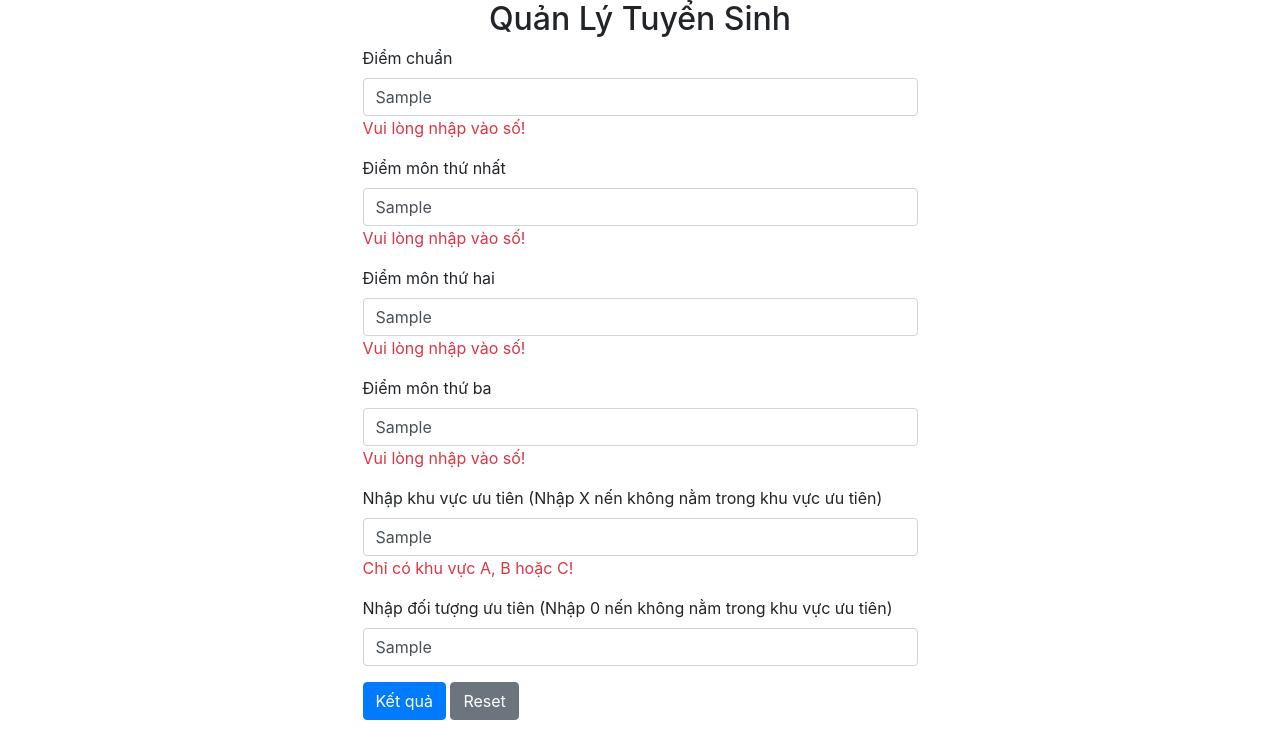
Repository: dovanthao2404/BC14_BaiTap_JS_Buoi_5_dovanthao
Page: html/bai1.html
These files come from the project's save history. The page is drawn as it stood at one moment and after the next save; the edit follows.
The browser window is 1280 px wide. The pictures show the whole page.
Empty fields were first filled with sample values (such as "Sample", 5 or name@example.com).
After loading, the first visible `#btnResult` was clicked once.

Above is the page before, as saved 2021-07-07 01:01:37.
Console error: ReferenceError: checkIsNumber is not defined

### html/bai1.html
<!DOCTYPE html>
<html lang="en">

<head>
  <meta charset="UTF-8">
  <meta http-equiv="X-UA-Compatible" content="IE=edge">
  <meta name="viewport" content="width=device-width, initial-scale=1.0">
  <title>Document</title>

  <link rel="stylesheet" href="https://cdn.jsdelivr.net/npm/bootstrap@4.6.0/dist/css/bootstrap.min.css"
    integrity="sha384-B0vP5xmATw1+K9KRQjQERJvTumQW0nPEzvF6L/Z6nronJ3oUOFUFpCjEUQouq2+l" crossorigin="anonymous">
</head>

<body>

  <div class="container">
    <div class="admissions-manager">
      <form class="w-50 mx-auto">
        <h2 class="text-center">Quản Lý Tuyển Sinh</h2>
        <div class="form-group">
          <label for="benchmark">Điểm chuẩn</label>
          <input class="form-control" type="text" placeholder="Điểm chuẩn*" id="benchmark">
          <span id="notificationBenchmark" class="text-danger"></span>
        </div>
        <div class="form-group">
          <label for="scores-1">Điểm môn thứ nhất</label>
          <input class="form-control" type="text" placeholder="Môn thứ nhất*" id="scores-1">
          <span id="notificationScores-1" class="text-danger"></span>
        </div>
        <div class="form-group">
          <label for="scores-2">Điểm môn thứ hai</label>
          <input class="form-control" type="text" placeholder="Môn thứ hai *" id="scores-2">
          <span id="notificationScores-2" class="text-danger"></span>
        </div>
        <div class="form-group">
          <label for="scores-3">Điểm môn thứ ba</label>
          <input class="form-control" type="text" placeholder="Môn thứ ba *" id="scores-3">
          <span id="notificationScores-3" class="text-danger"></span>
        </div>
        <div class="form-group">

        </div>
        <div class="form-group">
          <label for="areaScores">Nhập khu vực ưu tiên (Nhập X nến không nằm trong khu vực ưu tiên)</label>
          <input type="text" id="areaScores" class="form-control" placeholder="Khu vực ưu tiên*">
          <span id="notificationArea" class="text-danger"></span>
        </div>
        <div class="form-group">
          <label for="objectScores">Nhập đối tượng ưu tiên (Nhập 0 nến không nằm trong khu vực ưu tiên)</label>
          <input type="text" id="objectScores" class="form-control" placeholder="Đối tượng ưu tiên*">
          <span id="notificationObject" class="text-danger"></span>
        </div>
        <button id="btnResult" type="button" class="btn btn-primary">Kết quả</button>
        <button class="btn btn-secondary" id="btnReset" type="reset">Reset</button>
      </form>
      <div class="mt-3 w-50 mx-auto">
        <b id="showResult"></b>
      </div>
    </div>
  </div>

  <script src="../js/bai1.js"></script>
</body>

</html>

### js/bai1.js
// Hằng số global
const AREA_A = 2;
const AREA_B = 1;
const AREA_C = 0.5;

const OBJECT_1 = 2.5;
const OBJECT_2 = 1.5;
const OBJECT_3 = 1;

// return document.getElêmntById();
function getEle(idEle) {
  return document.getElementById(idEle);
}

// Các thông báo
var notifications = [
  "Vui lòng nhập điểm thứ nhất!",
  "Vui lòng nhập điểm thứ hai!",
  "Vui lòng nhập điểm thức ba!",
  "Vui lòng nhập khu vực ưu tiên!",
  "Vui lòng nhập đối tượng ưu tiên!",
  "Vui lòng nhập giá trị từ 0 - 10!",
  "Chỉ có khu vực A, B hoặc C!",
  "Chỉ có đối tượng 1, 2 hoặc 3!",
  "Vui lòng nhập vào số!",
  "Vui lòng nhập vào ký tự!",
  "Bạn đã rớt",
  "Bạn trúng tuyển",
  "Vui lòng nhập điểm chuẩn!",
  "Điểm chuẩn từ 1 trở lên!",
]

// Kiểm tra người dùng có nhập không
function checkEntry(idCheck, idNotification, indexNotification) {
  var contentCheck = getEle(idCheck).value;
  var notification = getEle(idNotification);
  if (contentCheck === '') {
    notification.innerHTML = notifications[indexNotification];
    return false;
  } else {
    notification.innerHTML = '';
    return true;
  }
}

// Kiểm tra có nhập đúng khu vực ưu tiên không
function checkAreaScores(idCheck, idNotification, indexNotification) {
  var contentArea = getEle(idCheck).value;
  var notification = getEle(idNotification);
  if (contentArea.toUpperCase() === 'X' ||
    contentArea.toUpperCase() === 'A' ||
    contentArea.toUpperCase() === 'B' ||
    contentArea.toUpperCase() === 'C') {
    return true;
  } else {
    notification.innerHTML = notifications[indexNotification];
    return false;
  }
}

// Kiểm tra có phải là số không
function isNumber(idCheck, idNotification, indexNotification) {
  var number = +getEle(idCheck).value;
  var notification = getEle(idNotification);
  if (isNaN(number)) {
    notification.innerHTML = notifications[indexNotification];
    return false;
  }
  notification.innerHTML = '';
  return true;
}

// Kiểm tra giá giá trị của điểm
function checkValueScores(idCheck, idNotification, indexNotification, min, max) {
  var number = +getEle(idCheck).value;
  var notification = getEle(idNotification);
  if (number < min || number > max) {
    notification.innerHTML = notifications[indexNotification];
    return false;
  }
  notification.innerHTML = '';
  return true;
}


// Kiểm tra hợp lệ
function checkValid() {
  var check = checkEntry("benchmark", "notificationBenchmark", 12) &&
    isNumber("benchmark", "notificationBenchmark", 8) &&
    checkValueScores("benchmark", "notificationBenchmark", 13, 1, 30);

  var check1 = checkEntry("scores-1", "notificationScores-1", 0) &&
    isNumber("scores-1", "notificationScores-1", 8) &&
    checkValueScores("scores-1", "notificationScores-1", 5, 0, 10);

  var check2 = checkEntry("scores-2", "notificationScores-2", 1) &&
    isNumber("scores-2", "notificationScores-2", 8) &&
    checkValueScores("scores-2", "notificationScores-2", 5, 0, 10);

  var check3 = checkEntry("scores-3", "notificationScores-3", 2) &&
    isNumber("scores-3", "notificationScores-3", 8) &&
    checkValueScores("scores-3", "notificationScores-3", 5, 0, 10);

  var check4 = checkEntry("areaScores", "notificationArea", 3) &&
    checkAreaScores("areaScores", "notificationArea", 6);

  var check5 = checkEntry("objectScores", "notificationObject", 4) &&
    checkIsNumber("objectScores", "notificationObject", 7) &&
    checkValueScores("objectScores", "notificationObject", 7, 0, 3);

  return (check && check1 && check2 && check3 && check4 && check5) ? true : false;

}

// Get điểm khu vực
function getScoresArea() {
  var contentArea = getEle("areaScores").value;
  if (contentArea.toUpperCase() === "X") {
    return 0;
  }
  if (contentArea.toUpperCase() === "A") {
    return AREA_A;
  }
  if (contentArea.toUpperCase() === "B") {
    return AREA_B;
  }
  if (contentArea.toUpperCase() === "C") {
    return AREA_C;
  }
}

// Get điểm của đối tượng
function getScoresObject() {
  var contentArea = +getEle("objectScores").value;
  if (contentArea === 0) {
    return 0;
  }
  if (contentArea === 1) {
    return OBJECT_1;
  }
  if (contentArea === 2) {
    return OBJECT_2;
  }
  if (contentArea === 3) {
    return OBJECT_3;
  }
}

function score(scores1, scores2, scores3, scoresArea, scoresObject) {
  return (scores1 + scores2 + scores3 + scoresArea + scoresObject);
}

getEle("btnResult").addEventListener("click", function () {
  var resultCheck = checkValid();

  getEle('showResult').innerHTML = "";
  if (resultCheck) {

    var scoresBenchmark = +getEle("benchmark").value;
    var scores1 = +getEle("scores-1").value;
    var scores2 = +getEle("scores-2").value;
    var scores3 = +getEle("scores-3").value;
    var scoresArea = getScoresArea();
    var scoresObject = getScoresObject();

    var sumScores = score(scores1, scores2, scores3, scoresArea, scoresObject);

    if (scores1 === 0 ||
      scores2 === 0 ||
      scores3 === 0) {
      getEle('showResult').innerHTML = notifications[10];
      getEle('showResult').innerHTML += " vì có một môn có số điểm bằng 0";
    } else {
      if (sumScores >= scoresBenchmark) {
        getEle('showResult').innerHTML = notifications[11];
        getEle('showResult').innerHTML += " với số điểm " + sumScores;
      } else {
        getEle('showResult').innerHTML = notifications[10];
        getEle('showResult').innerHTML += " với số điểm " + sumScores;
      }

    }
  }
})

After the next save:
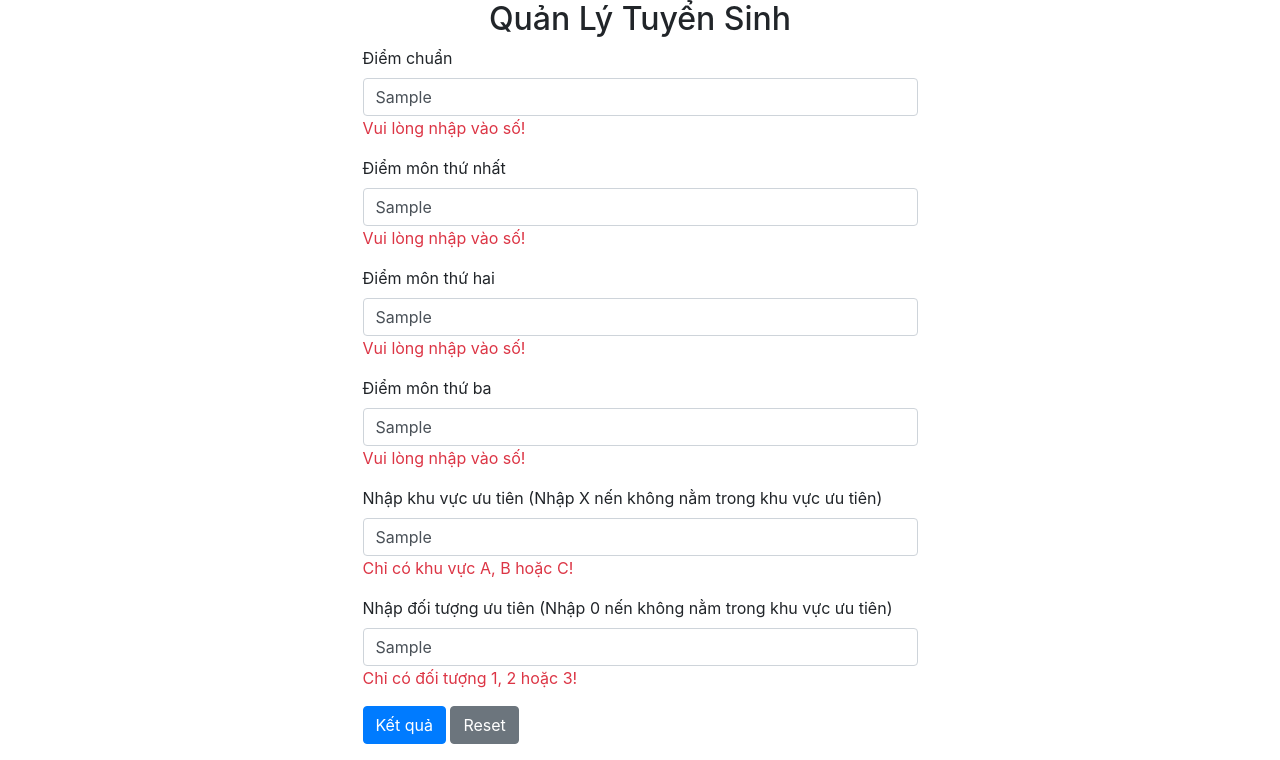
The error is gone.
Saved 7 s later.
--- a/js/bai1.js
+++ b/js/bai1.js
@@ -105,7 +105,7 @@ function checkValid() {
     checkAreaScores("areaScores", "notificationArea", 6);
 
   var check5 = checkEntry("objectScores", "notificationObject", 4) &&
-    checkIsNumber("objectScores", "notificationObject", 7) &&
+    isNumber("objectScores", "notificationObject", 7) &&
     checkValueScores("objectScores", "notificationObject", 7, 0, 3);
 
   return (check && check1 && check2 && check3 && check4 && check5) ? true : false;
